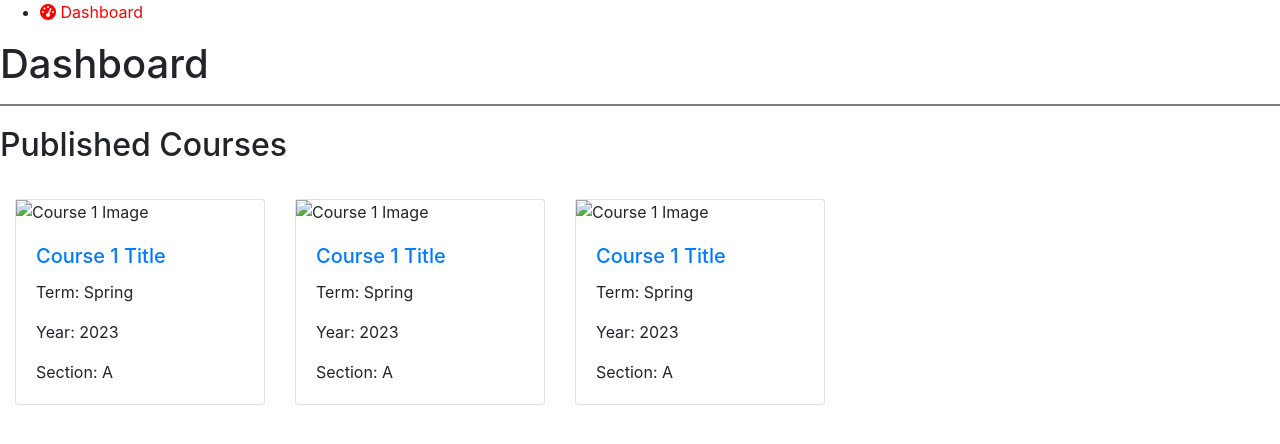
Repository: yuqiant/kanbas-react-web-app
Page: public/kanbas/dashboard/index.html
An editor plug-in stored every save of this project. The page is shown before and after the next save, followed by the edit.
The browser window is 1280 px wide. The pictures show the whole page.
Some web libraries are served in a nearby version.

Above is the page before, as saved 2023-10-04 17:07:35.
Not found: public/kanbas/dashboard/course1-image.jpg

After the next save:
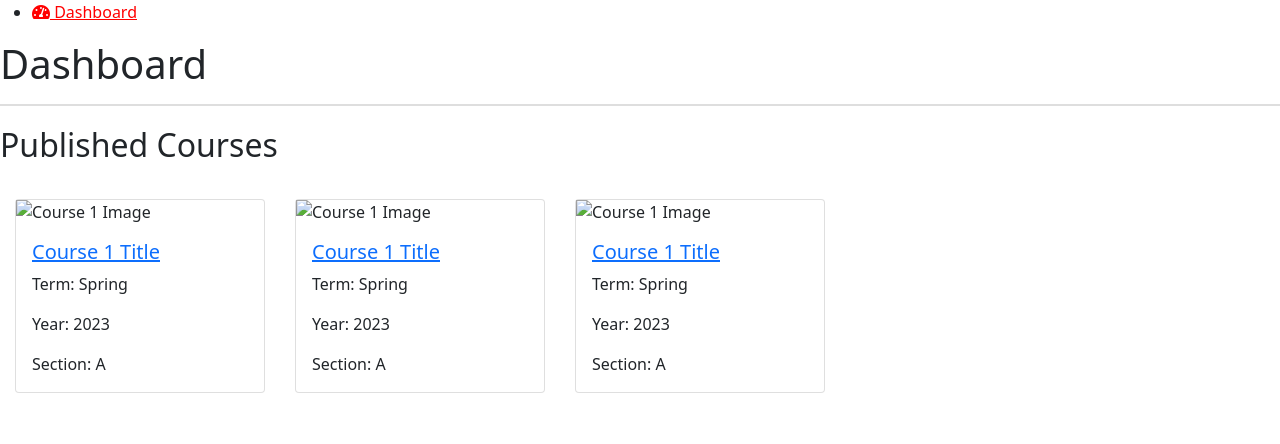
Saved 82 s later.
--- a/public/kanbas/dashboard/index.html
+++ b/public/kanbas/dashboard/index.html
@@ -5,8 +5,9 @@
     <meta charset="UTF-8">
     <meta name="viewport" content="width=device-width, initial-scale=1.0">
     <title>Dashboard</title>
-    <link rel="stylesheet" href="https://cdnjs.cloudflare.com/ajax/libs/font-awesome/6.1.0/css/all.min.css">
-    <link rel="stylesheet" href="https://maxcdn.bootstrapcdn.com/bootstrap/4.5.2/css/bootstrap.min.css">
+    <link rel="stylesheet" href="../../vendors/fontawesome/css/all.min.css">
+    <link rel="stylesheet" href="../../vendors/bootstrap/css/bootstrap.min.css" />
+    <link href="../navagationtab/navigationbar.css" rel="stylesheet" />
     <style>
         /* Styling for the selected Dashboard link */
         .selected-link {
